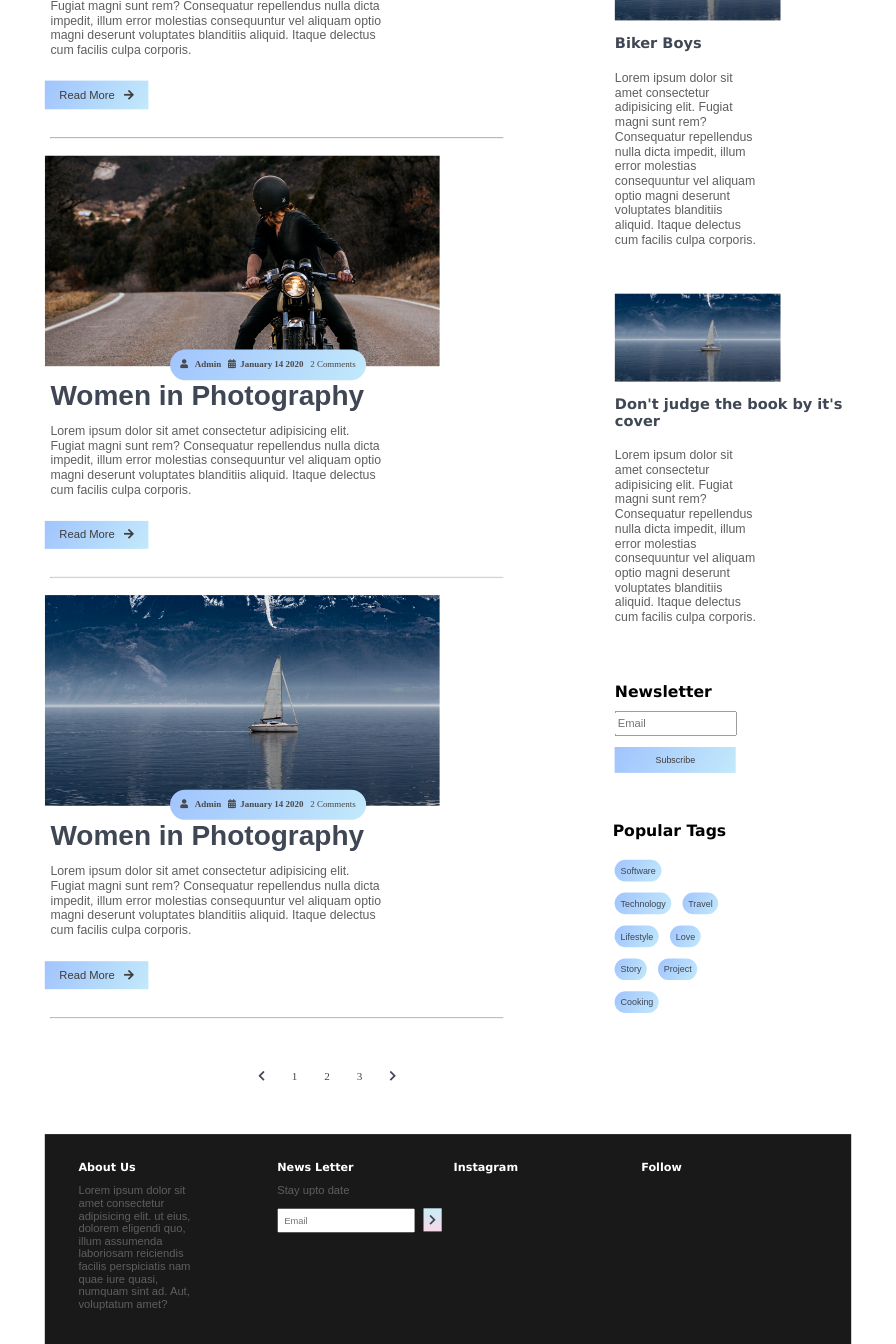
Repository: premjawaharp/Blogsite
Page: index.html
These files come from the project's save history. The page is drawn as it stood at one moment and after a run of saves; the edit follows.
The browser window is 1280 px wide. The pictures show the part of the page from y = 2333 to 4253 px (the page is 4253 px tall before and 4221 px after), at 70% of full size.

Above is the page before, as saved 2020-09-18 15:21:14.

After the next 9 saves:
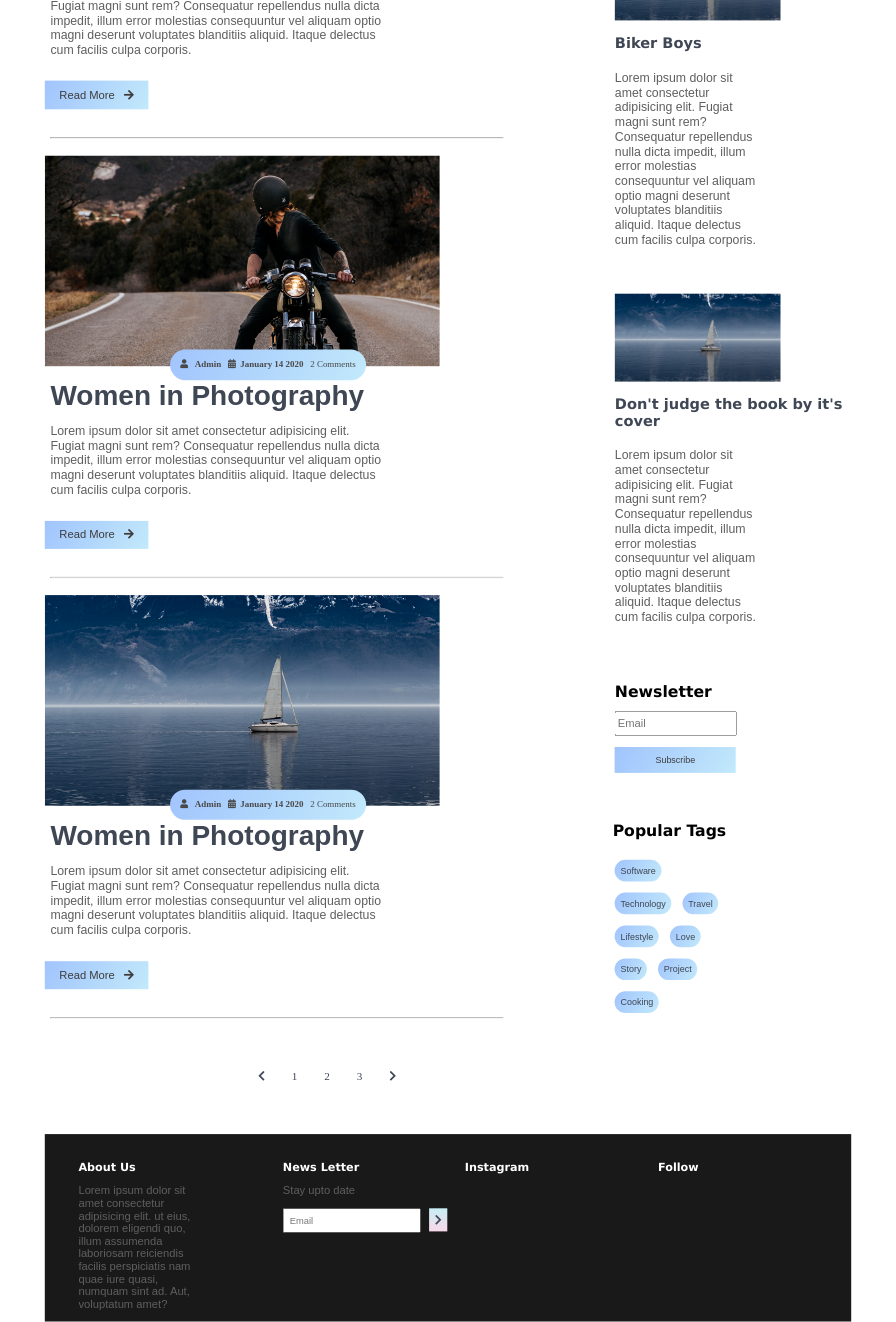
The 9 saves are shown as one change because they came seconds apart.
The last was saved 18 s later.
--- a/css/style.css
+++ b/css/style.css
@@ -481,8 +481,8 @@ main .news-letter .news-form .new-form-btn {
 
 }
 .footer .pad-pad{
-    padding:2rem;
-    padding-left: 3rem;
+    padding-left:3rem;
+    padding-top: 2rem;
 }
 .footer .news-inputs span{
     color: var(--text-gray);
